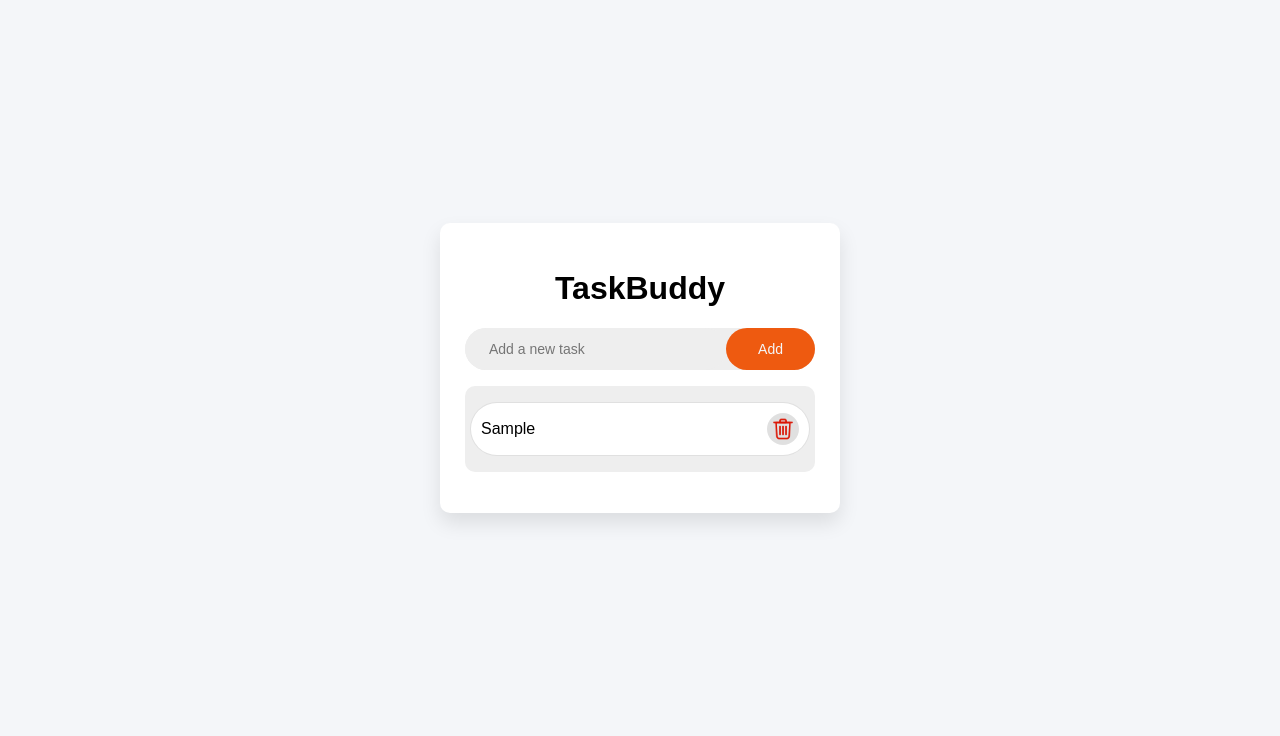
Repository: yogeshnandwani/taskbuddy-todo
Page: index.html
An editor plug-in stored every save of this project. The page is shown before and after the next save, followed by the edit.
The browser window is 1280 px wide. The pictures show the whole page.
Empty fields were first filled with sample values (such as "Sample", 5 or name@example.com).
After loading, the first visible `#addBtn` was clicked once.

Above is the page before, as saved 2026-03-16 19:10:03.

After the next save:
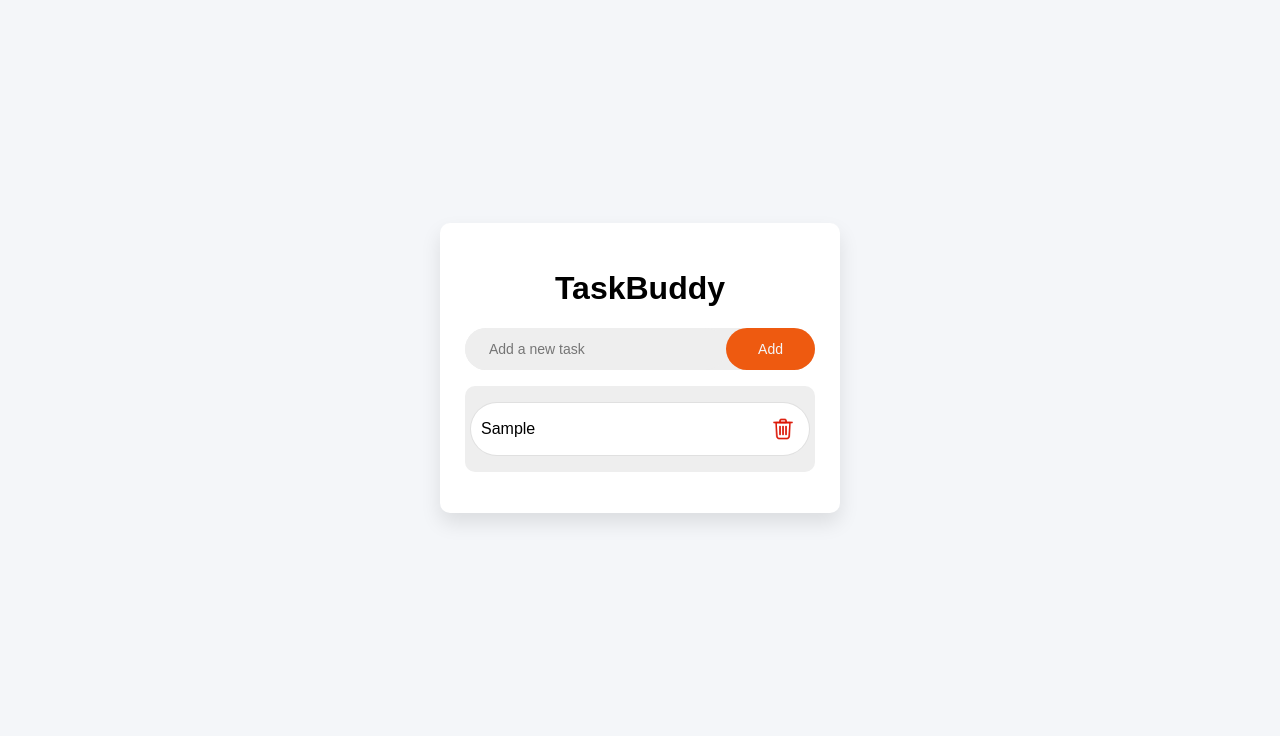
Saved 5 s later.
--- a/css/style.css
+++ b/css/style.css
@@ -77,7 +77,7 @@ li .delete {
     width: 2rem;
     height: 2rem;
     border: none;
-    background-color: #0000001f;
+    background-color: transparent;
     display: flex;
     align-items: center;
     justify-content: center;
